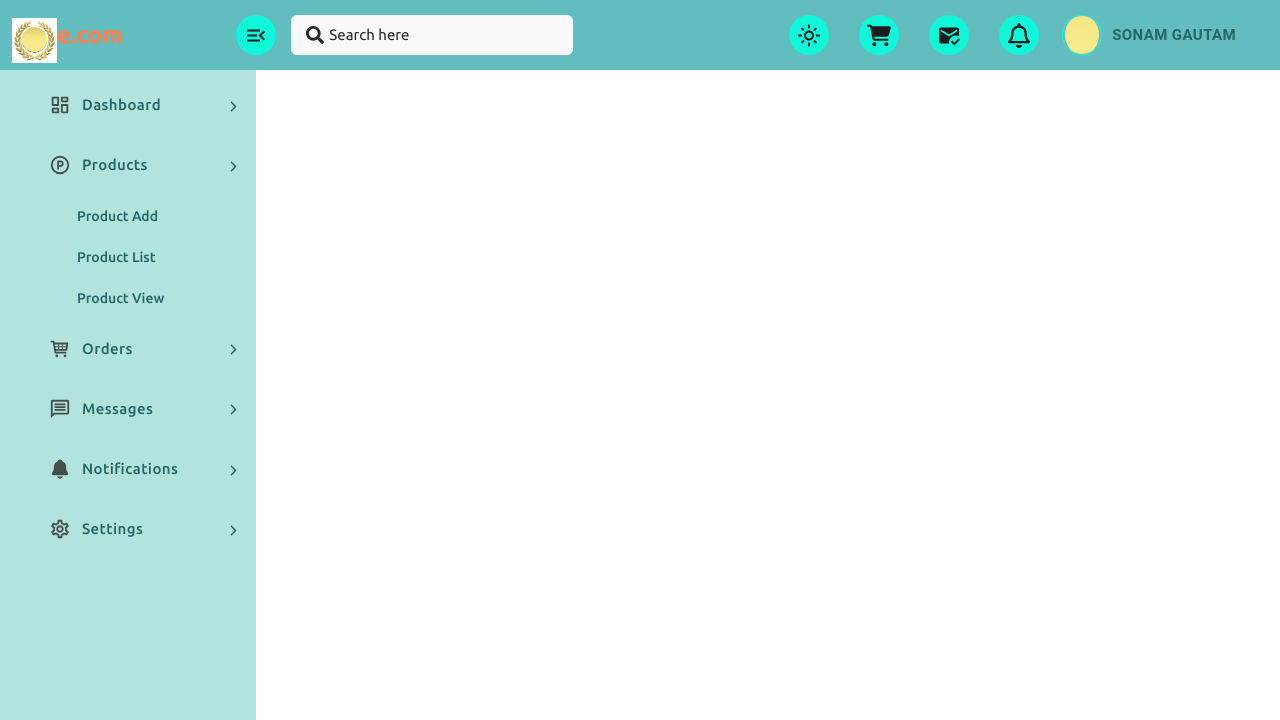
Repository: gautamsonam011/admin-react-dashboard
Page: /
The author's editor kept a copy of each file at every save. The page is drawn from the files as they stood at one save, then again after the next save.
The browser window is 1280 px wide. The pictures show the whole page.
The project was rebuilt for these pictures with package versions that can differ from the ones it lists, and the page was loaded fresh each time.

Above is the page before, as saved 2025-04-15 15:49:44.

### src/App.js
import { BrowserRouter, Routes, Route } from 'react-router-dom';
import './App.css';
import 'bootstrap/dist/css/bootstrap.min.css';
import Dashboard from './pages/Dashboard/Dashboard';
import Header from "./components/Header/index";
import Sidebar from './components/Sidebar';

function App() {
  return (
    <BrowserRouter>
    <Header/>
    <div className='main d-flex'>
      <div className='sidebarWrapper'>
        <Sidebar/>
      </div>
    </div>
    <div className='content'>
    <Routes>
      <Route path = "/" exact={true} element={<Dashboard/>} />
    </Routes>
    </div>

    </BrowserRouter>
  );
}

export default App;

### src/App.css
@import url('https://fonts.googleapis.com/css2?family=Ubuntu:ital,wght@0,300;0,400;0,500;0,700;1,300;1,400;1,500;1,700&display=swap');

body{
  font-family: "Ubuntu", sans-serif !important;
  background-color: #f4f8f7;

}

header{
  width:100%;
  height: 70px;
  background-color:#62bebe;
  position: fixed;
  top:0px;
  left:0px;
  z-index: 1000;
}
header .logo{
  text-decoration: none;
}
header .logo img{
  margin-top: 10px;
  width:45px;

}

header .logo span{
color: coral;
font-weight: bolder;
font-size: 24px;
}
header button.rounded-circle{min-width:40px !important; width:40px !important; height: 40px !important; background-color:#0ff7d8 !important; margin: 15px;}
header button.rounded-circle svg{color:rgb(29, 27, 27); font-size: 25px !important; transition: all 0.2s ease-in-out;}
header button.rounded-circle:hover svg{color: #2585d4 !important;}
.searchBox{width:400px; height: 40px; background-color:#faf9f9; border-radius: 6px;padding: 3px 15px;}
.searchBox input{background: transparent;border:0px; outline:none; padding-left: 5px; font-size: 15px; color:#292929}
.searchBox input::-webkit-input-placeholder{color:#292929}
.searchBox svg{font-size: 18px; color:#292929 ;}

.userImg{display: flex; align-items:center; justify-content: center; overflow: hidden; width:40px; height: 40px; border:1px solid #0ff7d8; padding: 2px; border-radius: 100%;}
.userImg .rounded-circle{display: flex; align-items:center; justify-content: center; overflow: hidden; width: 40px; height: 40px; cursor: pointer; position: relative;}
.userImg .rounded-circle .img{object-fit: cover; width: 100%;}
.userInfo{padding-left: 10px;}
.userInfo h5{font-size: 15px; font-weight: 600; margin-bottom:0px; color: #266666;}

#account-menu li{font-size: 14px !important;}
#account-menu li svg{font-size: 20px !important}

.dropdown-info{padding-left: 6px;}
.dropdown-info h4{font-size: 15px; font-weight:600;margin-top: 2px; white-space: break-space; line-height: 21px;}
.dropdown-info p{font-size: 10px; color: #2585d4;}


/* Style for sidebar  */

.main .sidebarWrapper{width: 20%; flex: 0 0 20%; transition: all 0.3s ease-in-out;}
.main .sidebarWrapper .sidebar{width:20%; height: 100vh; position:fixed; top: 70px; left:0px; background:#b1e4dd; overflow-y: scroll; overflow-x: hidden;}
.main .sidebarWrapper .sidebar::-webkit-scrollbar-thumb{background: transparent !important; width:3px;}
.main .sidebarWrapper:hover .sidebar::-webkit-scrollbar{ background:#2585d4; width:3px;}
.main .sidebarWrapper .sidebar ul{margin-bottom:0px;}
.main .sidebarWrapper .sidebar ul li{list-style: none; margin-top:10px;}
.main .sidebarWrapper .sidebar ul li button{color:#266666; text-align: left; justify-content: left; border-radius:0px !important; padding: 12px 15px !important;
  align-items: center; text-transform: capitalize !important;font-family: "Ubuntu", sans-serif !important;
  margin-left: 0px; font-size: 15px !important;
}
.main .sidebarWrapper .sidebar ul li button .icon{display: flex; align-items:center; justify-content: center; width:25px; height:25px; margin-right: 10px;}
.main .sidebarWrapper .sidebar ul li button .icon svg{color:#292929; opacity: 0.8; font-size: 22px;}
.main .sidebarWrapper .sidebar ul li button .arrow{margin-left: auto;}


.main .sidebarWrapper .sidebar ul .submenu{padding: 0px 45px}
.main .sidebarWrapper .sidebar ul .submenu li{width:100%; list-style: none;}
.main .sidebarWrapper .sidebar ul .submenu li a{color:#266666 !important; text-decoration: none; font-family: "Ubuntu", sans-serif !important;
display: block; padding: 5px 0px; font-size: 14px !important; font-weight: 500; transition:all 0.3s}
.main .sidebarWrapper .sidebar ul .submenu li a:hover{color:#2585d4 !important;}

### src/pages/Dashboard/Dashboard.jsx
const Dashboard = () =>{
    return (
        <>
        <h1>Dashboard</h1>
        </>
    )
}

export default Dashboard;

### src/components/Header/index.jsx
import React, { useState } from 'react';
import { Link } from "react-router-dom";
import logo from "../../assests/images/logo.jpg";
import Button from '@mui/material/Button';
import { MdMenuOpen } from "react-icons/md";
// import { MdOutlineMenu } from "react-icons/md";
import SearchBox from "../SearchBox";
import { MdOutlineLightMode } from "react-icons/md";
// import { MdDarkMode } from "react-icons/md";
import { FaCartShopping } from "react-icons/fa6";
import { MdMarkEmailRead } from "react-icons/md";
import { FaRegBell } from "react-icons/fa";


import Avatar from '@mui/material/Avatar';
import Menu from '@mui/material/Menu';
import MenuItem from '@mui/material/MenuItem';
import ListItemIcon from '@mui/material/ListItemIcon';
import Divider from '@mui/material/Divider';
import { FaShieldAlt } from "react-icons/fa";
import Settings from '@mui/icons-material/Settings';
import Logout from '@mui/icons-material/Logout';

const Header = () => {
    const [anchorEl, setAnchorEl] = useState(null);
    const [anchorElNotification, setAnchorElNotification] = useState(null);

    const open = Boolean(anchorEl);

    const handleOpenMyAccountDropdown = (event) => {
        if (anchorEl) {
            setAnchorEl(null);
        } else {
            setAnchorEl(event.currentTarget);
        }
    };

    const handleOpenMyAccountDropdownClose = () => {
        setAnchorEl(null);
    };

    // For Notification dropdown
    const handleOpennotificationsDrop = (event) => {
        setAnchorElNotification(event.currentTarget);
    };

    const handleClosenotificationsDrop = () => {
        setAnchorElNotification(null);
    };



    return (
        <>
            <header>
                <div className="container-fluid">
                    <div className="row d-flex align-items-center w-100">
                        {/* logo */}
                        <div className="col-sm-2">
                            <Link to="/" className="d-flex align-items-center logo">
                                <img src={logo} alt="logo" />
                                <span className="ml-2">e.com</span>
                            </Link>
                        </div>
                        <div className="col-sm-3 d-flex align-items-center pl-4">
                            <Button className="rounded-circle"><MdMenuOpen /></Button>
                            <SearchBox />
                        </div>
                        <div className="col-sm-7 d-flex align-items-center justify-content-end part3">
                            <Button className="rounded-circle"><MdOutlineLightMode /></Button>
                            <Button className="rounded-circle"><FaCartShopping /></Button>
                            <Button className="rounded-circle"><MdMarkEmailRead /></Button>
                            <Button className="rounded-circle" onClick={handleOpennotificationsDrop}>
                                <FaRegBell />
                            </Button>
                            <Menu
                                anchorEl={anchorElNotification}
                                open={Boolean(anchorElNotification)}
                                onClose={handleClosenotificationsDrop}
                                onClick={handleClosenotificationsDrop}
                                slotProps={{
                                    paper: {
                                        elevation: 0,
                                        sx: {
                                            overflow: 'visible',
                                            filter: 'drop-shadow(0px 2px 8px rgba(0,0,0,0.32))',
                                            mt: 1.5,
                                            '&::before': {
                                                content: '""',
                                                display: 'block',
                                                position: 'absolute',
                                                top: 0,
                                                right: 14,
                                                width: 10,
                                                height: 10,
                                                bgcolor: 'background.paper',
                                                transform: 'translateY(-50%) rotate(45deg)',
                                                zIndex: 0,
                                            },
                                        },
                                    },
                                }}
                                transformOrigin={{ horizontal: 'right', vertical: 'top' }}
                                anchorOrigin={{ horizontal: 'right', vertical: 'bottom' }}
                            >
                                <MenuItem onClick={handleClosenotificationsDrop}>
                                    Orders(12)
                                </MenuItem>
                                <Divider className="mb-2" />
                                <MenuItem onClick={handleClosenotificationsDrop}>
                                    <div className="d-flex align-items-center dropdown-list">

                                        <div className="userImg">
                                        <span className="rounded-circle">
                                            <img src={logo} alt="profile" />
                                        </span>

                                    </div>
                                    <div className='dropdown-info'>
                                        <h4><b>Sona</b> added Leather New Shoes</h4>
                                        <p>Few minutes ago</p>
                                    </div>
                                    </div>

                                </MenuItem>
                                <MenuItem onClick={handleClosenotificationsDrop}>
                                    <div className="d-flex align-items-center dropdown-list">

                                        <div className="userImg">
                                        <span className="rounded-circle">
                                            <img src={logo} alt="profile" />
                                        </span>

                                    </div>
                                    <div className='dropdown-info'>
                                        <h4><b>Sona</b> added Leather New Shoes</h4>
                                        <p>Few minutes ago</p>
                                    </div>
                                    </div>

                                </MenuItem>
                            </Menu>

                            <div className="myAccountWrapper">
                                <Button className="myAccount d-flex align-items-center" onClick={handleOpenMyAccountDropdown}>
                                    <div className="userImg">
                                        <span className="rounded-circle">
                                            <img src={logo} alt="profile" />
                                        </span>

                                    </div>
                                    <div className="userInfo">
                                        <h5>Sonam Gautam</h5>
                                    </div>

                                    <Menu
                                        anchorEl={anchorEl}
                                        id="account-menu"
                                        open={open}
                                        onClose={handleOpenMyAccountDropdownClose}
                                        onClick={handleOpenMyAccountDropdownClose}
                                        slotProps={{
                                            paper: {
                                                elevation: 0,
                                                sx: {
                                                    overflow: 'visible',
                                                    filter: 'drop-shadow(0px 2px 8px rgba(0,0,0,0.32))',
                                                    mt: 1.5,
                                                    '& .MuiAvatar-root': {
                                                        width: 32,
                                                        height: 32,
                                                        ml: -0.5,
                                                        mr: 1,
                                                    },
                                                    '&::before': {
                                                        content: '""',
                                                        display: 'block',
                                                        position: 'absolute',
                                                        top: 0,
                                                        right: 14,
                                                        width: 10,
                                                        height: 10,
                                                        bgcolor: 'background.paper',
                                                        transform: 'translateY(-50%) rotate(45deg)',
                                                        zIndex: 0,
                                                    },
                                                },
                                            },
                                        }}
                                        transformOrigin={{ horizontal: 'right', vertical: 'top' }}
                                        anchorOrigin={{ horizontal: 'right', vertical: 'bottom' }}
                                    >
                                        <MenuItem onClick={handleOpenMyAccountDropdownClose}>
                                            <Avatar /> Profile
                                        </MenuItem>
                                        <Divider />
                                        <MenuItem onClick={handleOpenMyAccountDropdownClose}>
                                            <ListItemIcon>
                                                <FaShieldAlt fontSize="small" />
                                            </ListItemIcon>
                                            Reset Password
                                        </MenuItem>
                                        <MenuItem onClick={handleOpenMyAccountDropdownClose}>
                                            <ListItemIcon>
                                                <Settings fontSize="small" />
                                            </ListItemIcon>
                                            Settings
                                        </MenuItem>
                                        <MenuItem onClick={handleOpenMyAccountDropdownClose}>
                                            <ListItemIcon>
                                                <Logout fontSize="small" />
                                            </ListItemIcon>
                                            Logout
                                        </MenuItem>
                                    </Menu>
                                </Button>
                            </div>
                        </div>
                    </div>
                </div>
            </header>
        </>
    )
}

export default Header

### src/components/Sidebar/index.jsx
import Button from '@mui/material/Button';
import { RiDashboardLine } from "react-icons/ri";
import { IoIosArrowForward } from "react-icons/io";
import { TbBrandProducthunt } from "react-icons/tb";
import { TiShoppingCart } from "react-icons/ti";
import { MdOutlineMessage } from "react-icons/md";
import { IoNotifications } from "react-icons/io5";
import { MdOutlineSettings } from "react-icons/md";
import { Link } from 'react-router-dom';

const Sidebar = () =>{

    return(
        <div className="sidebar">
            <ul>
                <li>
                    <Link to="/">
                    <Button className="w-100">
                        <span className='icon'><RiDashboardLine/></span>
                        Dashboard
                        <span className="arrow"><IoIosArrowForward/></span>
                    </Button>
                    </Link>
                </li>
                <li>
                    <Button className="w-100">
                        <span className='icon'><TbBrandProducthunt/></span>
                        Products
                        <span className="arrow"><IoIosArrowForward/></span>
                    </Button>
                    <ul className='submenu'>
                        <li><Link to="#">Product Add</Link></li>
                        <li><Link to="#">Product List</Link></li>
                        <li><Link to="#">Product View</Link></li>
                    </ul>
                </li>
                <li>
                    <Link to="/">
                    <Button className="w-100">
                        <span className='icon'><TiShoppingCart/></span>
                        Orders
                        <span className="arrow"><IoIosArrowForward/></span>
                    </Button>
                    </Link>
                </li>
                <li>
                    <Link to="/">
                    <Button className="w-100">
                        <span className='icon'><MdOutlineMessage/></span>
                        Messages
                        <span className="arrow"><IoIosArrowForward/></span>
                    </Button>
                    </Link>
                </li>
                <li>
                    <Link to="/">
                    <Button className="w-100">
                        <span className='icon'><IoNotifications/></span>
                        Notifications
                        <span className="arrow"><IoIosArrowForward/></span>
                    </Button>
                    </Link>
                </li>
                <li>
                    <Link to="/">
                    <Button className="w-100">
                        <span className='icon'><MdOutlineSettings /></span>
                        Settings
                        <span className="arrow"><IoIosArrowForward/></span>
                    </Button>
                    </Link>
                </li>
            </ul>
        </div>
    )
}

export default Sidebar

### src/components/SearchBox.jsx
import { FaSearch } from "react-icons/fa";

const SearchBox = () =>{
    return (
        <div className="searchBox position-relative d-flex align-items-center">
            <FaSearch className="mr-2" />
            <input type="text" placeholder="Search here"  />
        </div>
    )
}

export default SearchBox;

Loaded but not shown: public/index.html (common file); src/index.js (common file); src/reportWebVitals.js (common file)

After the next save:
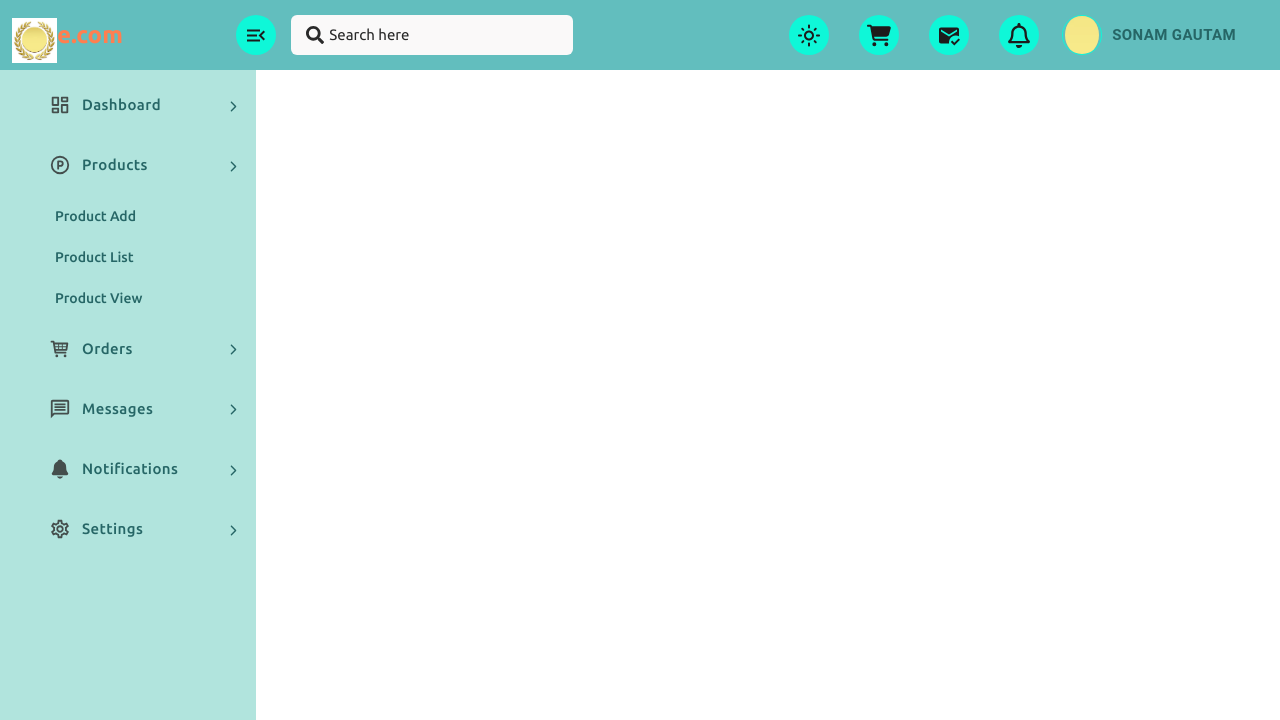
Saved 6 min 49 s later.
--- a/src/App.css
+++ b/src/App.css
@@ -68,7 +68,7 @@ header button.rounded-circle:hover svg{color: #2585d4 !important;}
 .main .sidebarWrapper .sidebar ul li button .arrow{margin-left: auto;}
 
 
-.main .sidebarWrapper .sidebar ul .submenu{padding: 0px 45px}
+.main .sidebarWrapper .sidebar ul .submenu{padding-left:23px}
 .main .sidebarWrapper .sidebar ul .submenu li{width:100%; list-style: none;}
 .main .sidebarWrapper .sidebar ul .submenu li a{color:#266666 !important; text-decoration: none; font-family: "Ubuntu", sans-serif !important;
 display: block; padding: 5px 0px; font-size: 14px !important; font-weight: 500; transition:all 0.3s}

After the save that followed:
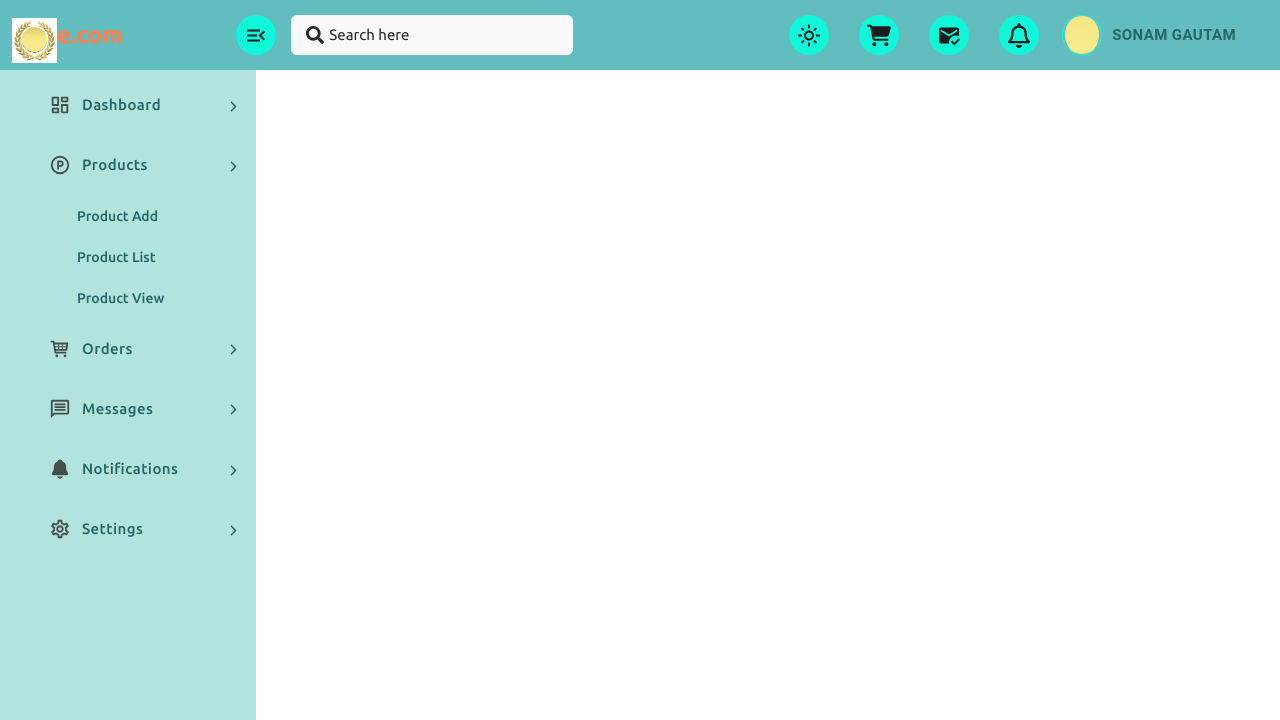
Saved 49 s later.
--- a/src/App.css
+++ b/src/App.css
@@ -68,7 +68,7 @@ header button.rounded-circle:hover svg{color: #2585d4 !important;}
 .main .sidebarWrapper .sidebar ul li button .arrow{margin-left: auto;}
 
 
-.main .sidebarWrapper .sidebar ul .submenu{padding-left:23px}
+.main .sidebarWrapper .sidebar ul .submenu{padding: 0px 45px}
 .main .sidebarWrapper .sidebar ul .submenu li{width:100%; list-style: none;}
 .main .sidebarWrapper .sidebar ul .submenu li a{color:#266666 !important; text-decoration: none; font-family: "Ubuntu", sans-serif !important;
 display: block; padding: 5px 0px; font-size: 14px !important; font-weight: 500; transition:all 0.3s}
